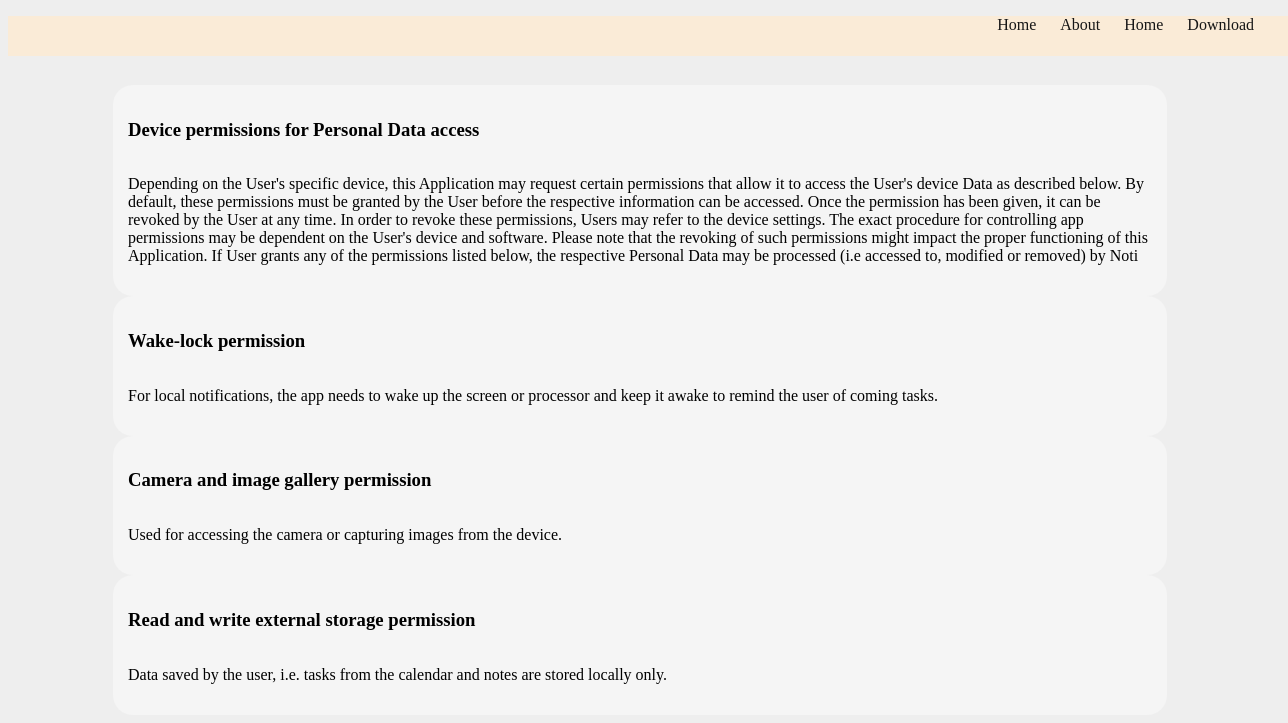
Repository: RafalSiuta/notiweb
Page: policy.html
An editor plug-in stored every save of this project. The page is shown before and after the next save, followed by the edit.
The browser window is 1280 px wide. The page is 1288 px wide, so the pictures cover 1288 px, including what lies to the right of the window. The pictures show the whole page.

Above is the page before, as saved 2024-12-15 01:53:19.

After the next save:
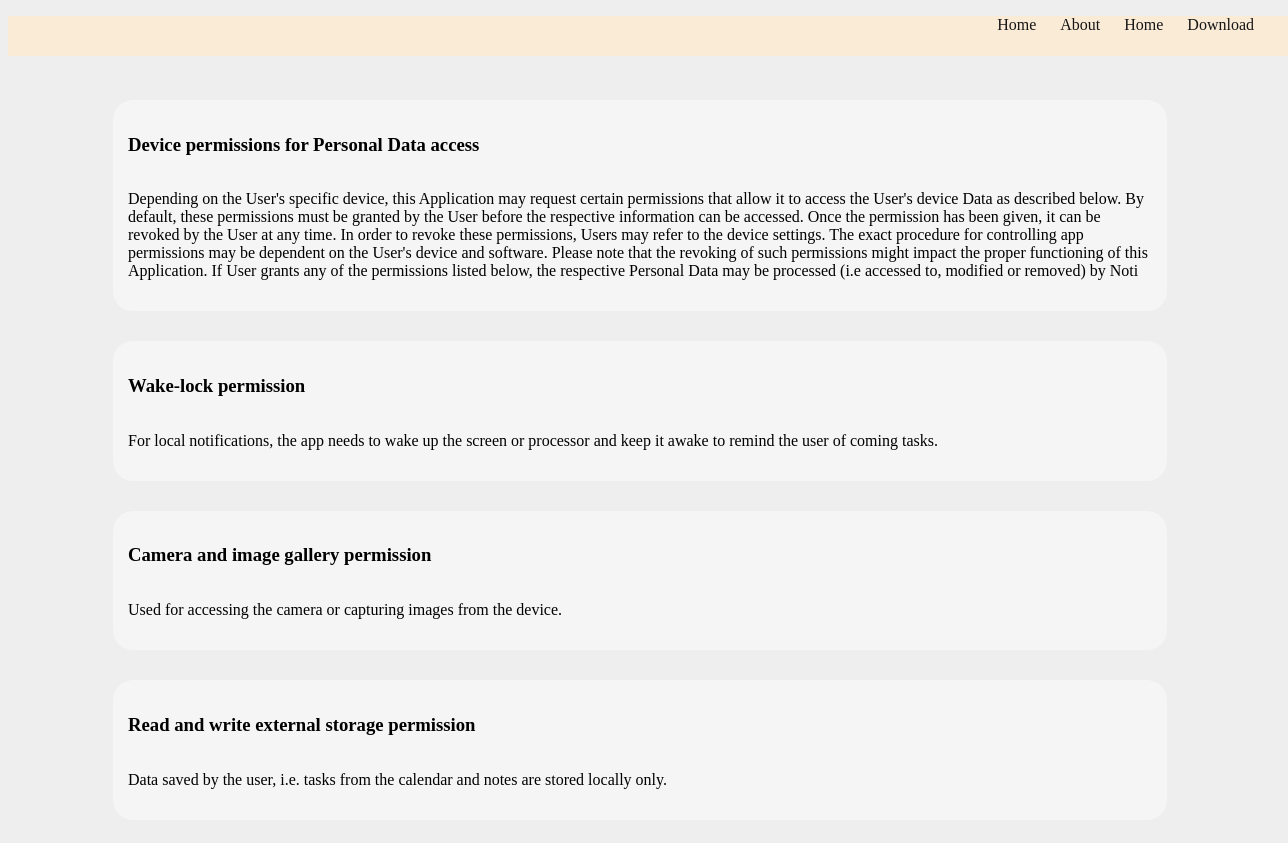
Saved 20 s later.
--- a/styles/styles.css
+++ b/styles/styles.css
@@ -70,7 +70,7 @@
     flex-direction: column;
     width: 80vw;
     text-align: left;
-    margin: auto;
+    margin: 15px auto;
     background-color: #f5f5f5;
     padding: 15px;
     border-radius: 20px;
